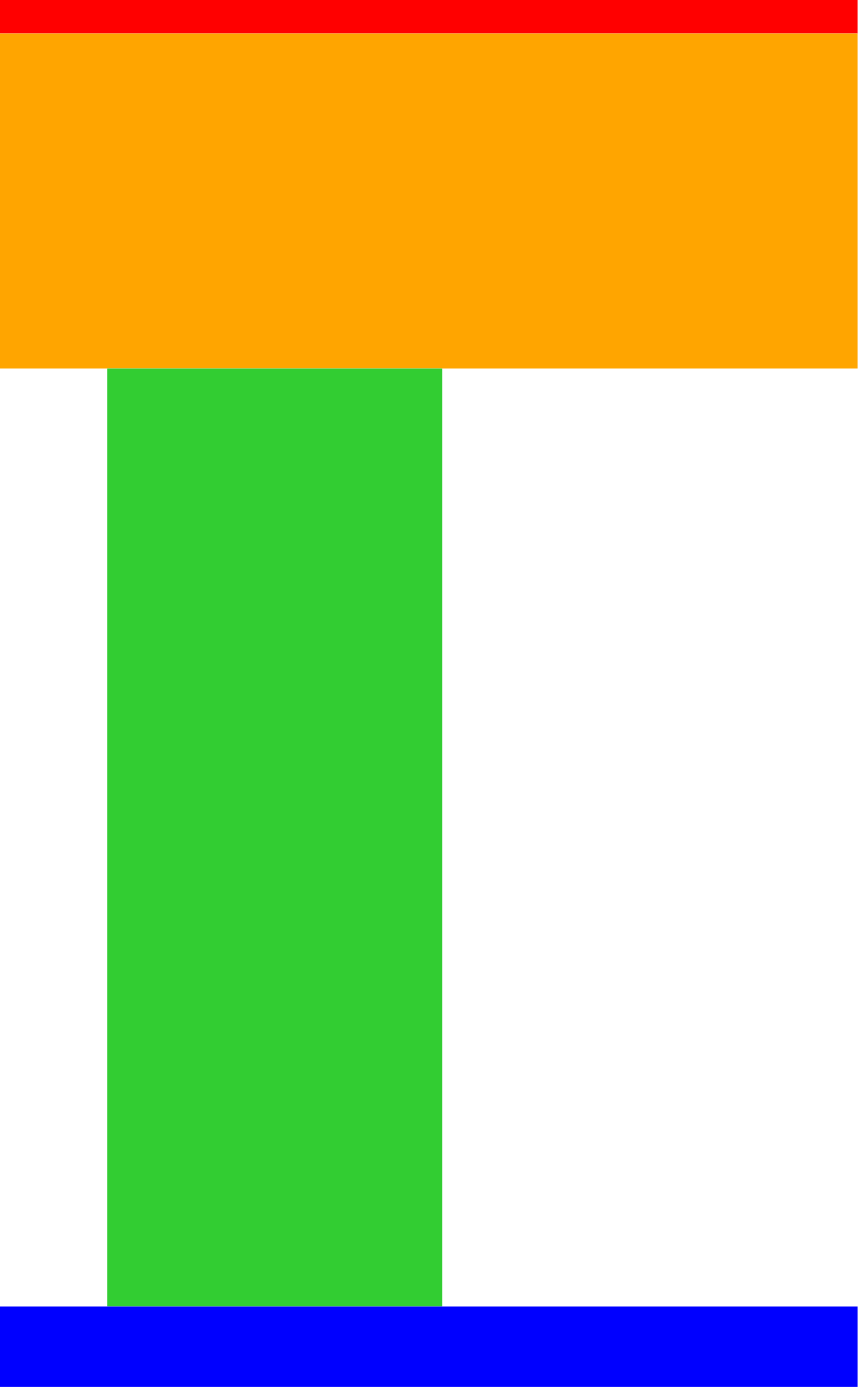
Repository: yuuyatada/API_sample_app
Page: htmlCP4/CP4index.html
The author's editor kept a record of every edit. The page is drawn from the files as they stood at one moment, then again after the next edit.
The browser window is 1280 px wide. The pictures show the whole page, at 67% of full size.

Above is the page before.

### htmlCP4/CP4index.html
<!DOCTYPE html>
<html lang="ja">
  <head>
    <meta charset="UTF-8" />
    <!-- CSSファイルの読み込み -->
    <link rel="stylesheet" href="CP4style.css" />
    <title>演習問題CP4</title>
  </head>
  <body>

  <!--header用のdiv-->
  <div class="header">

   <div class="header-top"></div>
   <div class="header-bottom"></div>

  </div>
  <!--main-visual用のdiv-->
  <div class="main-visual">

   <div class="main-visual-content"></div>

  </div>

<!--main用のdiv-->

<div class="main">

    <div class="blog"></div>

    <div class="sidebar"></div>

</div>

<!--footer用のdiv-->
<div class="footer"></div>

  </body>
</html>

### htmlCP4/CP4style.css
/* ブラウザがそれぞれ持っているCSSをリセットするための記述 */
* {
  margin: 0;
  padding: 0;
  box-sizing: border-box;
}

.header{
    width:100%;
    height:50px;
    background-color:red;
}


.main-visual{
    width:100%;
    height:500px;
    background-color:orange;
}

.main{
    width: 960px;
    height:1400px;
    background-color: limegreen
    display: flex;
    justify-content:center;
    margin: 0  auto ;
}

.blog{
    width: 500px;
    height: 1400px;
    background-color: limegreen;

}


.footer{
    width:100%;/*横幅いっぱい*/
    height:120px;/*高さ120px*/
    background-color: blue;/*背景色blue*/

}

After the next edit:
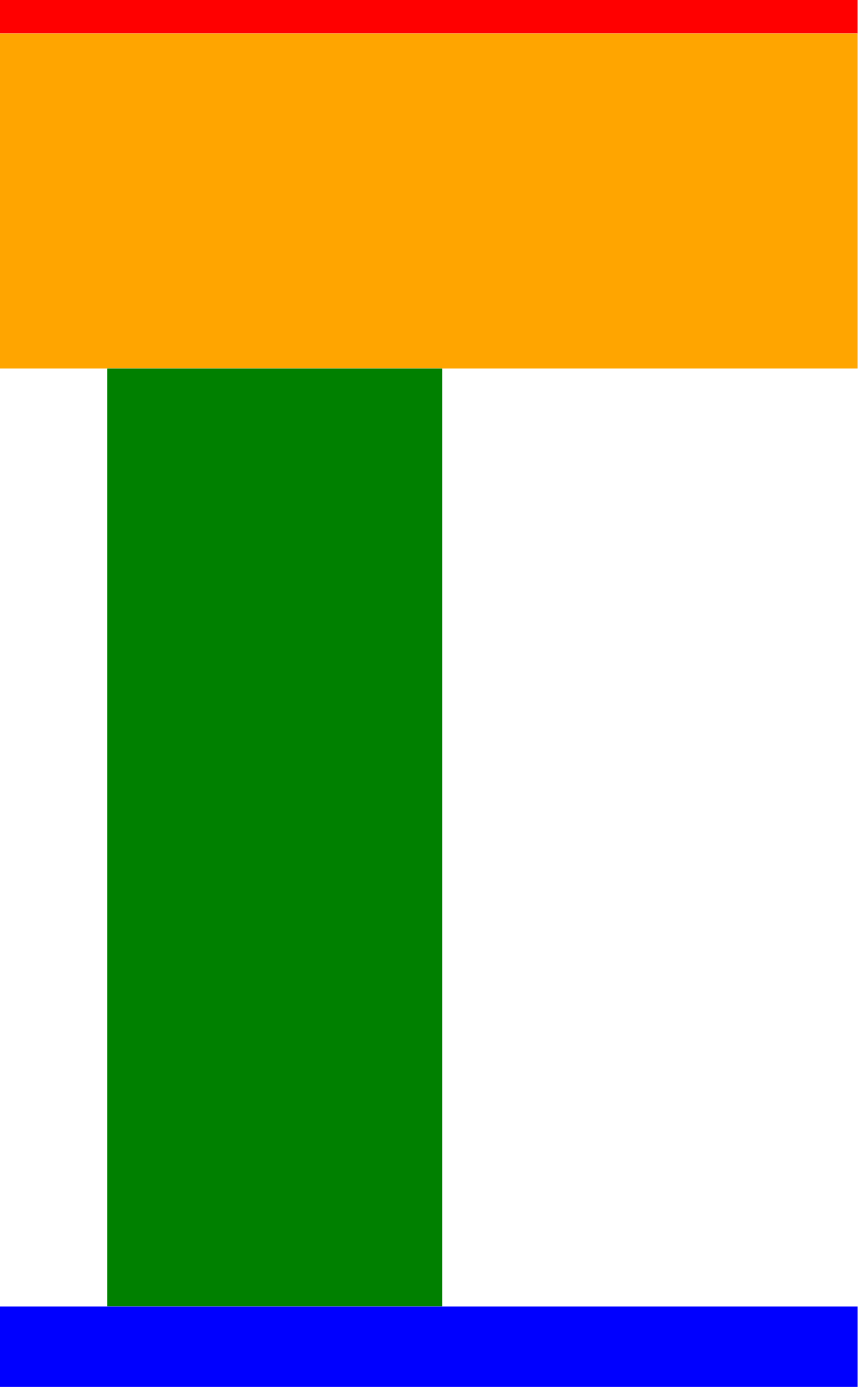
The edit:
--- a/htmlCP4/CP4style.css
+++ b/htmlCP4/CP4style.css
@@ -30,7 +30,7 @@
 .blog{
     width: 500px;
     height: 1400px;
-    background-color: limegreen;
+    background-color: green;
 
 }
 
